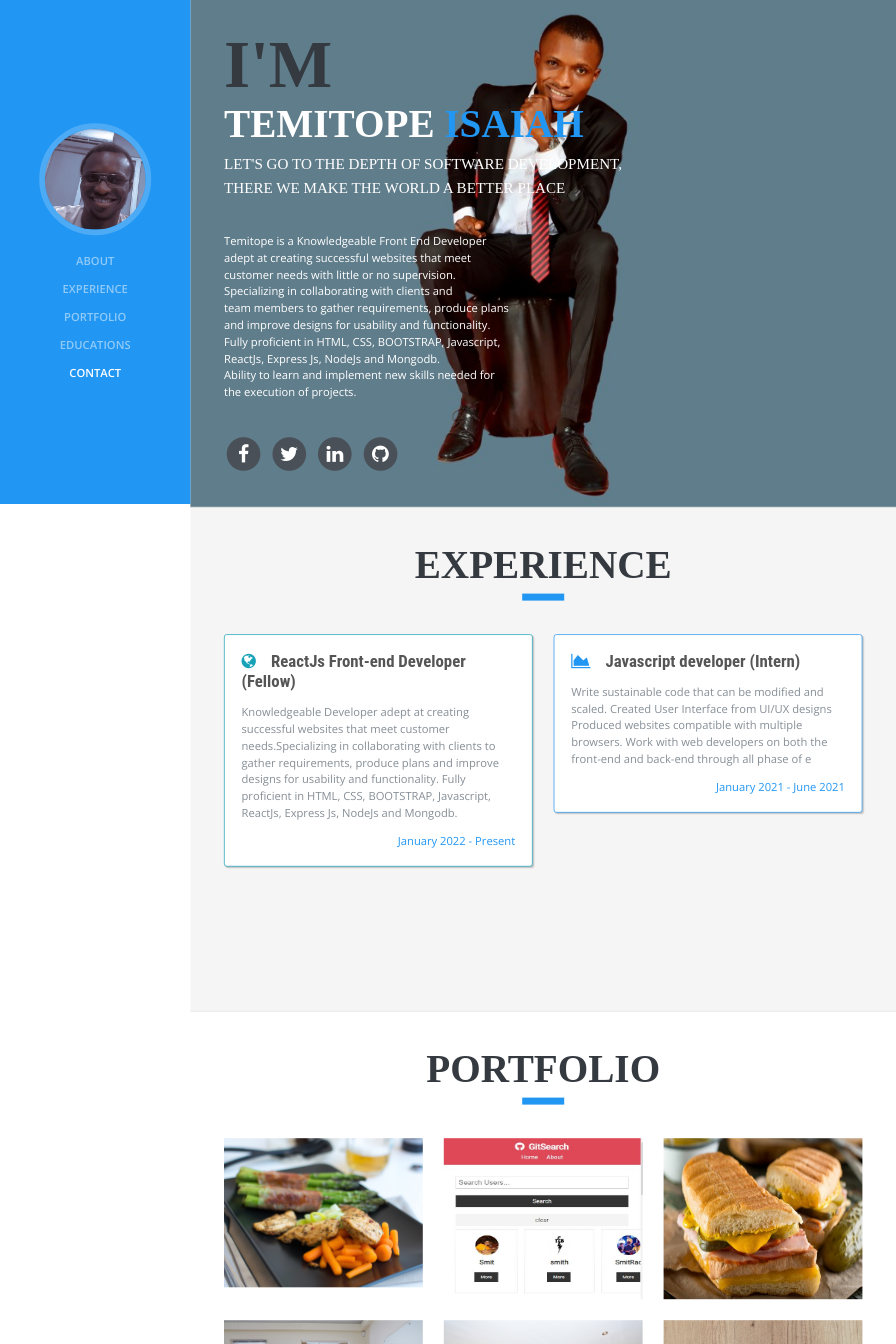
Repository: smit1298/portfolio
Page: index.html
The author's editor kept a copy of each file at every save. The page is drawn from the files as they stood at one save, then again after the next save.
The browser window is 1280 px wide. The pictures show the part of the page from y = 0 to 1920 px (the page is 5030 px tall), at 70% of full size.
Some web fonts or font styles are not loaded; a fallback is used.

Above is the page before, as saved 2022-06-06 11:54:47.

After the next save:
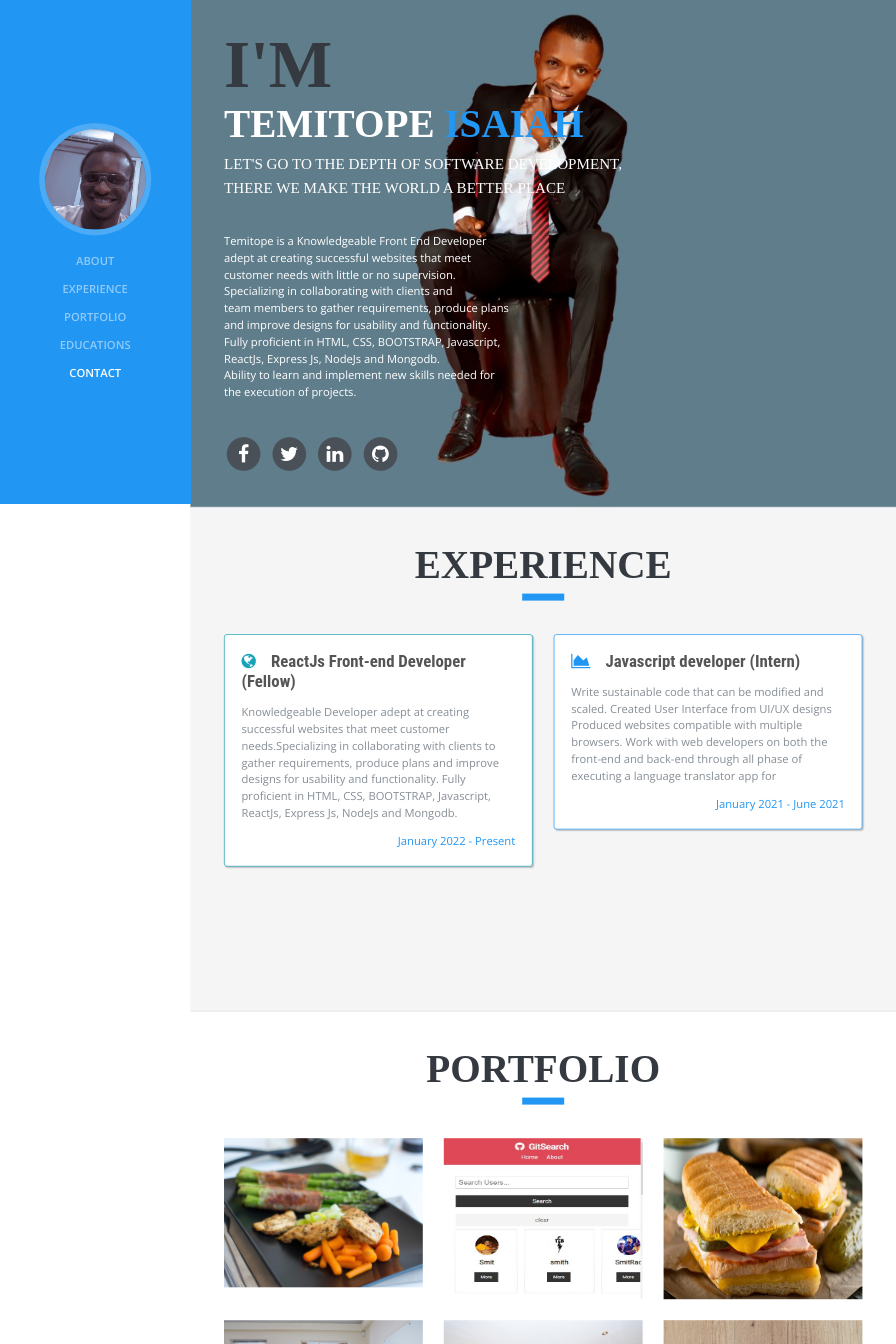
Saved 19 s later.
--- a/index.html
+++ b/index.html
@@ -172,7 +172,7 @@
                 Created User Interface from UI/UX designs
                 Produced websites compatible with multiple browsers.
                 Work with web developers on both the front-end and back-end
-through all phase of e
+through all phase of executing a language translator app for
               </p>
             </div>
             <div class="resume-date text-md-right">
